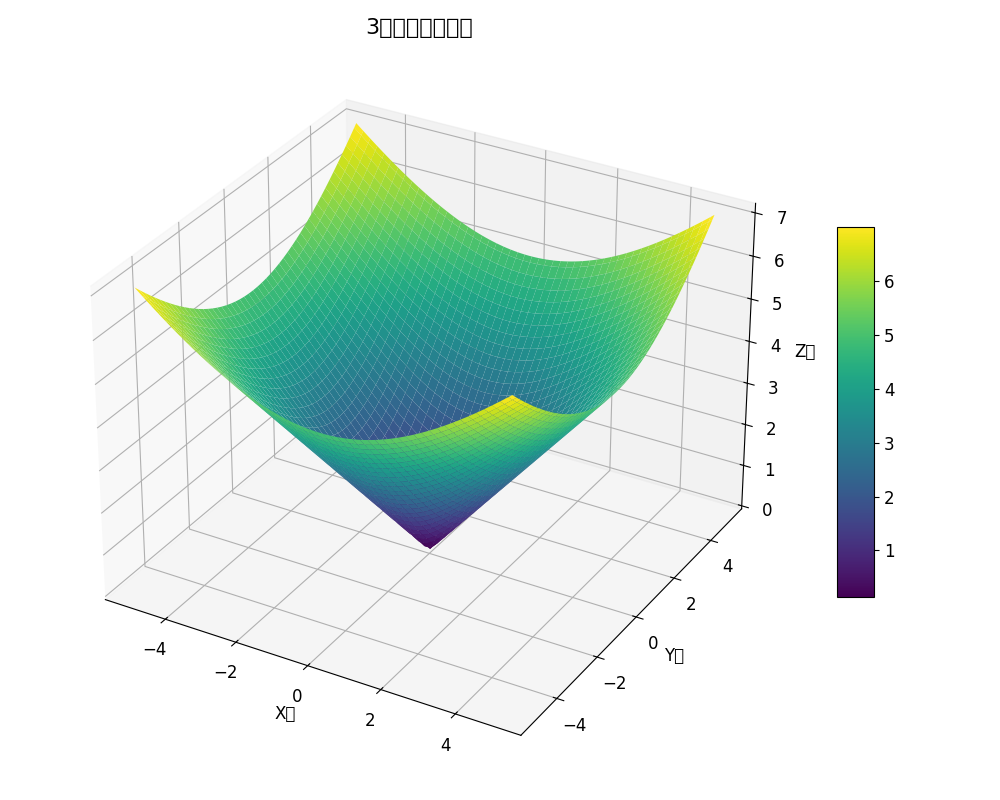
Repository: gouyamada/draw_surface
Script's output: python src/draw_surface.py
These files come from the project's save history. The script's output is drawn as it stood at one moment and after the next save; the edit follows.
Random numbers start from a fixed seed.

Above is the script's output before, as saved 2025-07-28 13:43:42.

After the next save:
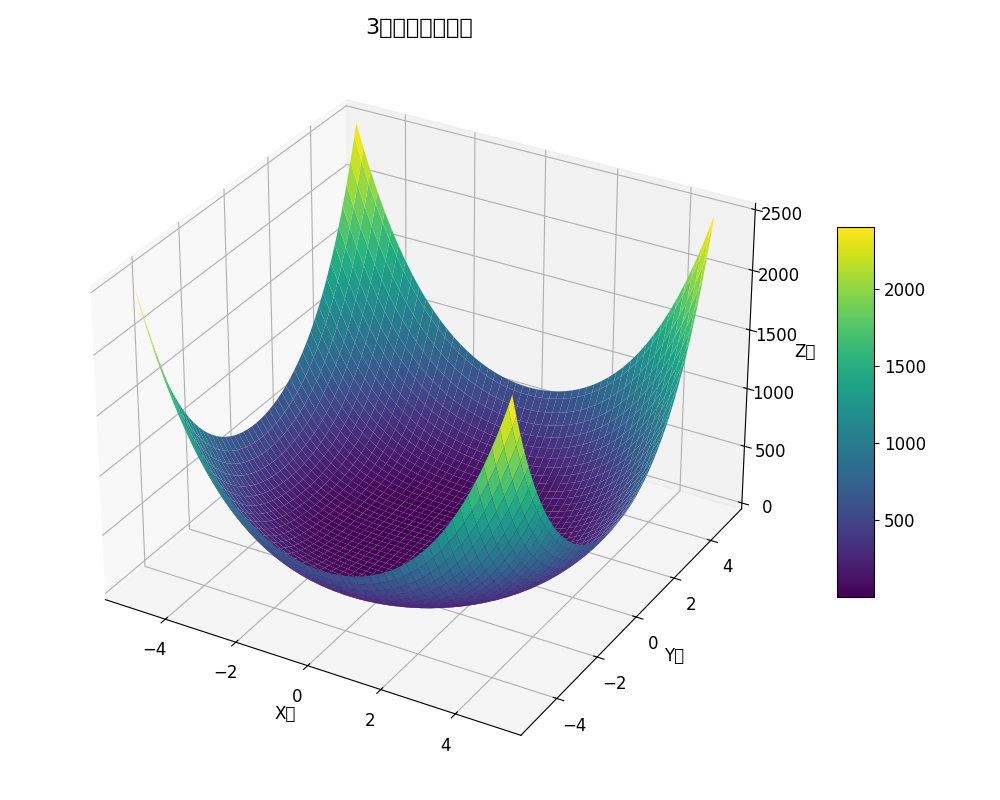
Saved 108 s later.
--- a/src/draw_surface.py
+++ b/src/draw_surface.py
@@ -16,7 +16,8 @@ def surface_setting(x, y):
     """
     描画する曲面の関数を定義する関数
     """
-    z = np.sqrt(x**2 + y**2)
+    z = x**2 + y**2
+    z = z**2
     return z
 
 
